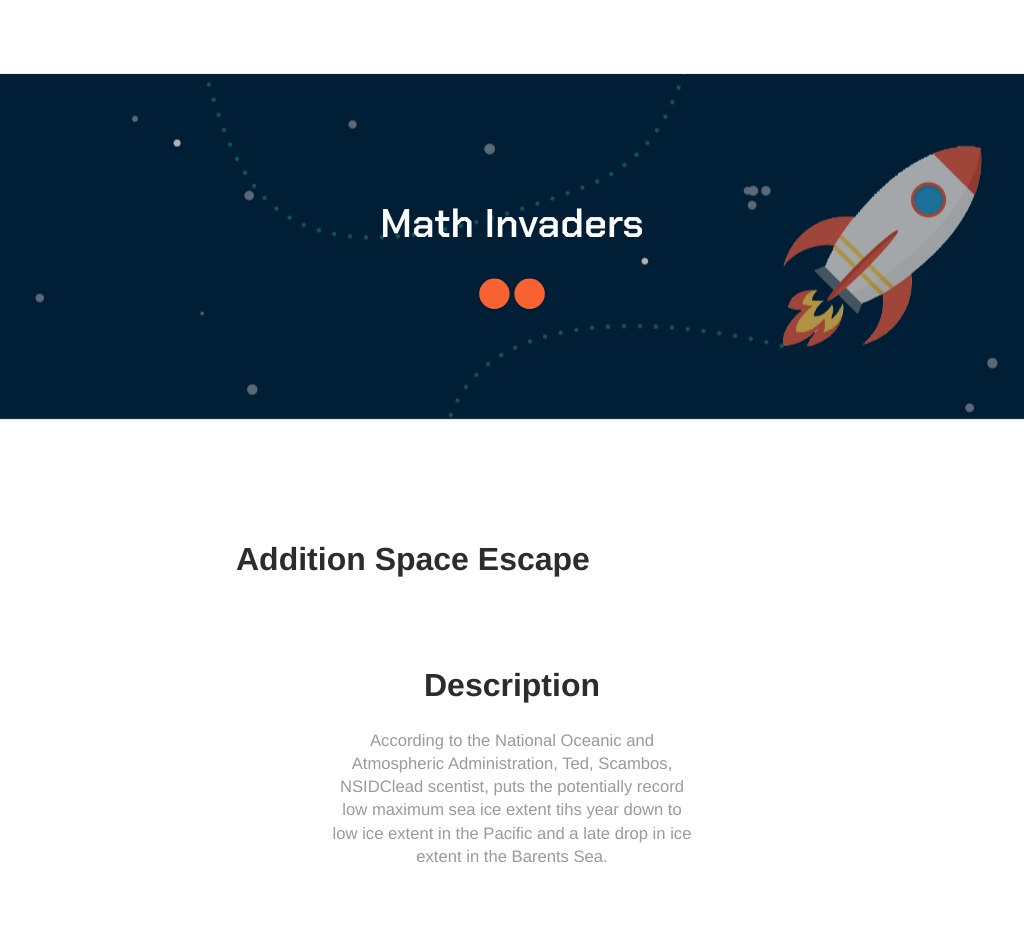
Repository: kkyler24/MathInvader
Page: index.html
The author's editor kept a copy of each file at every save. The page is drawn from the files as they stood at one save, then again after the next save.
The browser window is 1280 px wide. The pictures show the whole page, at 80% of full size.
Some web libraries are served in a nearby version.

Above is the page before, as saved 2020-07-19 18:11:05.

After the next save:
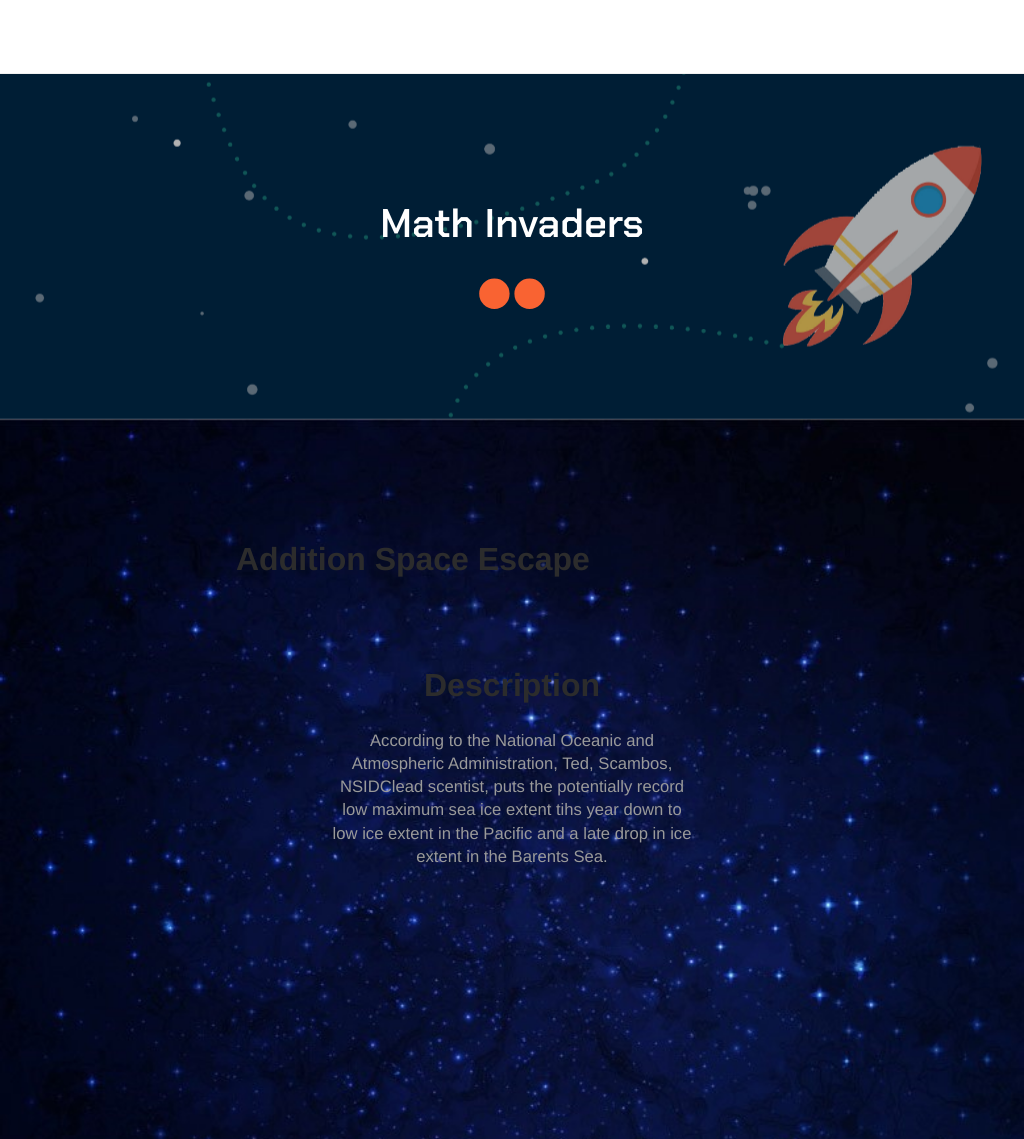
Saved 2 min 40 s later.
--- a/jsFolder/index.css
+++ b/jsFolder/index.css
@@ -165,7 +165,7 @@ h2 {
   line-height: 1.2;
 }
 
-#backgroundsection {
+#backgroundSection {
   background-image: url("./pictures/MathApics/spaceship/cosmicgalaxbluebackground.jpg");
   background-repeat: no-repeat;
   background-size: cover;
